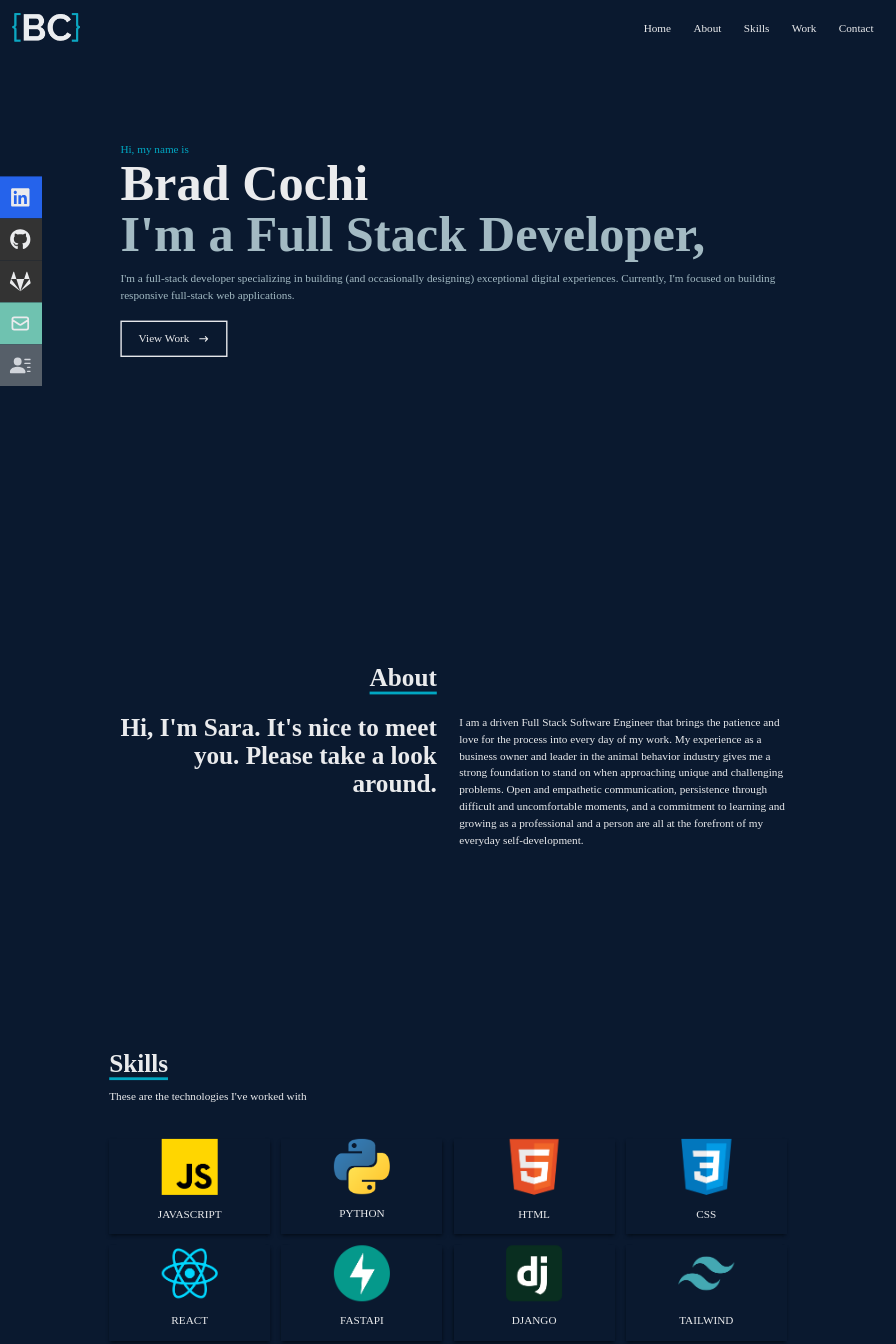
Repository: saramargulies/margulies-portfolio
Page: /
An editor plug-in stored every save of this project. The page is shown before and after a run of saves, followed by the edit.
The browser window is 1280 px wide. The pictures show the part of the page from y = 0 to 1920 px (the page is 3600 px tall), at 70% of full size.
The project was rebuilt for these pictures with package versions that can differ from the ones it lists, and the page was loaded fresh each time.

Above is the page before, as saved 2023-12-05 12:39:32.

### public/index.html
<!DOCTYPE html>
<html lang="en">
  <head>
    <meta charset="utf-8" />
    <link rel="icon" href="%PUBLIC_URL%/favicon.ico" />
    <meta name="viewport" content="width=device-width, initial-scale=1" />
    <meta name="theme-color" content="#000000" />
    <meta
      name="description"
      content="Web site created using create-react-app"
    />
    <link rel="apple-touch-icon" href="%PUBLIC_URL%/logobluemobile.png" />
    <!--
      manifest.json provides metadata used when your web app is installed on a
      user's mobile device or desktop. See https://developers.google.com/web/fundamentals/web-app-manifest/
    -->
    <link rel="manifest" href="%PUBLIC_URL%/manifest.json" />
    <!--
      Notice the use of %PUBLIC_URL% in the tags above.
      It will be replaced with the URL of the `public` folder during the build.
      Only files inside the `public` folder can be referenced from the HTML.

      Unlike "/favicon.ico" or "favicon.ico", "%PUBLIC_URL%/favicon.ico" will
      work correctly both with client-side routing and a non-root public URL.
      Learn how to configure a non-root public URL by running `npm run build`.
    -->
    <title>Brad Cochi</title>
  </head>
  <body>
    <noscript>You need to enable JavaScript to run this app.</noscript>
    <div id="root"></div>
    <!--
      This HTML file is a template.
      If you open it directly in the browser, you will see an empty page.

      You can add webfonts, meta tags, or analytics to this file.
      The build step will place the bundled scripts into the <body> tag.

      To begin the development, run `npm start` or `yarn start`.
      To create a production bundle, use `npm run build` or `yarn build`.
    -->
  </body>
</html>

### src/App.js
import Navbar from "./components/Navbar";
import Home from "./components/Home";
import About from "./components/About";
import Skills from "./components/Skills";
import Work from "./components/Work";
import Contact from "./components/Contact";
import React, { useEffect } from "react";

function App() {
  useEffect(() => {
    document.title = "Brad Cochi";
  }, []);

  return (
    <div>
      <Navbar />
      <Home />
      <About />
      <Skills />
      <Work />
      <Contact />
    </div>
  );
}

export default App;

### src/components/Navbar.jsx
import React, { useState } from "react";
import {
  FaBars,
  FaTimes,
  FaGithub,
  FaGitlab,
  FaLinkedin,
} from "react-icons/fa";
import { HiOutlineMail } from "react-icons/hi";
import { BsFillPersonLinesFill } from "react-icons/bs";
import Logo from "../assets/logo.png";
import { Link } from "react-scroll";

const Navbar = () => {
  const [nav, setNav] = useState(false);
  const handleClick = () => setNav(!nav);

  return (
    <div className="fixed w-full h-[80px] flex justify-between items-center px-4 bg-[#0a192f] text-[#eaebed]">
      <div>
        <img src={Logo} alt="Logo" style={{ width: "100px" }} />
      </div>

      {/* Menu */}
      <ul className="hidden md:flex">
        <li>
          <Link to="home" smooth={true} duration={500}>
            Home
          </Link>
        </li>
        <li>
          <Link to="about" smooth={true} duration={500}>
            About
          </Link>
        </li>
        <li>
          <Link to="skills" smooth={true} duration={500}>
            Skills
          </Link>
        </li>
        <li>
          <Link to="work" smooth={true} duration={500}>
            Work
          </Link>
        </li>
        <li>
          <Link to="contact" smooth={true} duration={500}>
            Contact
          </Link>
        </li>
      </ul>

      {/* Hamburger */}
      <div onClick={handleClick} className="md:hidden z-10">
        {!nav ? <FaBars /> : <FaTimes />}
      </div>

      {/* Mobile menu */}
      <ul
        className={
          !nav
            ? "hidden"
            : "absolute top-0 left-0 w-full h-screen bg-[#0a192f] flex flex-col justify-center items-center"
        }
      >
        <li className="py-4 text-3xl">
          <Link onClick={handleClick} to="home" smooth={true} duration={500}>
            Home
          </Link>
        </li>
        <li className="py-4 text-3xl">
          <Link onClick={handleClick} to="about" smooth={true} duration={500}>
            About
          </Link>
        </li>
        <li className="py-4 text-3xl">
          <Link onClick={handleClick} to="skills" smooth={true} duration={500}>
            Skills
          </Link>
        </li>
        <li className="py-4 text-3xl">
          <Link onClick={handleClick} to="work" smooth={true} duration={500}>
            Work
          </Link>
        </li>
        <li className="py-4 text-3xl">
          <a
            className="flex justify-between items-center w-full text-gray-300"
            href="https://www.linkedin.com/in/brad-cochi/"
            target="_blank"
            rel="noopener noreferrer"
          >
            LinkedIn
          </a>
        </li>
        <li className="py-4 text-3xl">
          <a
            className="flex justify-between items-center w-full text-gray-300"
            href="https://docs.google.com/document/d/1NIh6wLXZUbtdGNBN_J33L0a28H9_5nH7budXHrZ2_Uo/edit"
            target="_blank"
            rel="noopener noreferrer"
          >
            Resume
          </a>
        </li>
        <li className="py-4 text-3xl">
          <a
            className="flex justify-between items-center w-full text-gray-300"
            href="https://github.com/bradcochi"
            target="_blank"
            rel="noopener noreferrer"
          >
            GitHub
          </a>
        </li>
        <li className="py-4 text-3xl">
          <a
            className="flex justify-between items-center w-full text-gray-300"
            href="https://gitlab.com/bradcochi"
            target="_blank"
            rel="noopener noreferrer"
          >
            GitLab
          </a>
        </li>
        <li className="py-4 text-3xl">
          <Link onClick={handleClick} to="contact" smooth={true} duration={500}>
            Contact
          </Link>
        </li>
      </ul>

      {/* Social icons */}
      <div className="hidden lg:flex fixed flex-col top-[35%] left-0">
        <ul>
          <li className="w-[160px] h-[60px] flex justify-between items-center ml-[-100px] hover:ml-[-10px] duration-300 bg-blue-600">
            <a
              className="flex justify-between items-center w-full text-[#eaebed]"
              href="https://www.linkedin.com/in/brad-cochi/"
              target="_blank"
              rel="noopener noreferrer"
            >
              LinkedIn <FaLinkedin size={30} />
            </a>
          </li>
          <li className="w-[160px] h-[60px] flex justify-between items-center ml-[-100px] hover:ml-[-10px] duration-300 bg-[#333333]">
            <a
              className="flex justify-between items-center w-full text-[#eaebed]"
              href="https://github.com/bradcochi"
              target="_blank"
              rel="noopener noreferrer"
            >
              GitHub <FaGithub size={30} />
            </a>
          </li>
          <li className="w-[160px] h-[60px] flex justify-between items-center ml-[-100px] hover:ml-[-10px] duration-300 bg-[#333333]">
            <a
              className="flex justify-between items-center w-full text-[#eaebed]"
              href="https://gitlab.com/bradcochi"
              target="_blank"
              rel="noopener noreferrer"
            >
              GitLab <FaGitlab size={30} />
            </a>
          </li>
          <li className="w-[160px] h-[60px] flex justify-between items-center ml-[-100px] hover:ml-[-10px] duration-300 bg-[#6fc2b0]">
            <Link
              to="contact"
              smooth={true}
              duration={500}
              className="flex justify-between items-center w-full text-[#eaebed]"
            >
              Email <HiOutlineMail size={30} />
            </Link>
          </li>
          <li className="w-[160px] h-[60px] flex justify-between items-center ml-[-100px] hover:ml-[-10px] duration-300 bg-[#565f69]">
            <a
              className="flex justify-between items-center w-full text-gray-300"
              href="https://docs.google.com/document/d/1NIh6wLXZUbtdGNBN_J33L0a28H9_5nH7budXHrZ2_Uo/edit"
              target="_blank"
              rel="noopener noreferrer"
            >
              Resume <BsFillPersonLinesFill size={30} />
            </a>
          </li>
          {/* need to add GitLab */}
        </ul>
      </div>
    </div>
  );
};

export default Navbar;

### src/components/Home.jsx
import React from "react";
import { HiArrowNarrowRight } from "react-icons/hi";
import { Link } from "react-scroll";

const Home = () => {
  return (
    <div name="home" className="w-full h-screen bg-[#0a192f]">
      {/* Container */}
      <div className="max-w-[1000px] mx-auto px-8 flex flex-col justify-center h-full">
        <p className="text-[#01a7c2]">Hi, my name is</p>
        <h1 className="text-4xl sm:text-7xl font-bold text-[#eaebed]">
          Brad Cochi
        </h1>
        <h2 className="text-4xl sm:text-7xl font-bold text-[#a3bac3]">
          I'm a Full Stack Developer,
        </h2>
        {/* Update the description in <p> tag to something personal */}
        <p className="text-[#a3bac3] py-4 max-w-700px">
          I'm a full-stack developer specializing in building (and occasionally
          designing) exceptional digital experiences. Currently, I'm focused on
          building responsive full-stack web applications.
        </p>
        <div>
          <Link to="work" smooth={true} duration={500}>
            <button className="text-[#eaebed] group border-2 px-6 py-3 my-2 flex items-center hover:bg-[#01a7c2] hover:border-[#01a7c2]">
              View Work
              <span className="group-hover:rotate-90 duration-300">
                <HiArrowNarrowRight className="ml-3" />
              </span>
            </button>
          </Link>
        </div>
      </div>
    </div>
  );
};

export default Home;

### src/components/About.jsx
import React from "react";

const About = () => {
  return (
    <div name="about" className="w-full h-screen bg-[#0a192f] text-[#eaebed]">
      <div className="flex flex-col justify-center items-center w-full h-full">
        <div className="max-w-[1000px] w-full grid grid-cols-2 gap-8">
          <div className="sm:text-right pb-8 pl-4">
            <p className="text-4xl font-bold inline border-b-4 border-[#01a7c2]">
              About
            </p>
          </div>
          <div></div>
        </div>
        <div className="max-w-[1000px] w-full grid sm:grid-cols-2 gap-8 px-4">
          <div className="sm:text-right text-4xl font-bold">
            <p>
              Hi, I'm Sara. It's nice to meet you. Please take a look around.
            </p>
          </div>
          <div>
            <p>
              I am a driven Full Stack Software Engineer that brings the
              patience and love for the process into every day of my work.

              My experience as a business owner and leader in the animal behavior
              industry gives me a strong foundation to stand on when approaching
              unique and challenging problems. Open and empathetic
              communication, persistence through difficult and uncomfortable
              moments, and a commitment to learning and growing as a
              professional and a person are all at the forefront of my everyday
              self-development.
            </p>
          </div>
        </div>
      </div>
    </div>
  );
};

export default About;

### src/components/Skills.jsx
import React from "react";
import HTML from "../assets/html.png";
import CSS from "../assets/css.png";
import JavaScript from "../assets/javascript.png";
import Python from "../assets/python.png";
import ReactImg from "../assets/react.png";
import Django from "../assets/django.png";
import FastAPI from "../assets/fastapi.png";
import Tailwind from "../assets/tailwind.png";
import Bootstrap from "../assets/bootstrap.png";
import Mongo from "../assets/mongo.png";
import PostgreSQL from "../assets/postgresql.png";
import Docker from "../assets/docker.png";

const Skills = () => {
  return (
    <div
      name="skills"
      className="w-full min-h-screen flex items-center bg-[#0a192f] text-[#eaebed]"
    >
      {/* container */}
      <div className="max-w-[1000px] mx-auto p-4 flex flex-col justify-center w-full h-full">
        <div>
          <p className="text-4xl font-bold inline border-b-4 border-[#01a7c2]">
            Skills
          </p>
          <p className="py-4">These are the technologies I've worked with</p>
        </div>
        <div className="w-full grid grid-cols-2 sm:grid-cols-4 gap-4 text-center py-8">
          <div className="shadow-md shadow-[#040c16] hover:scale-110 duration-500">
            <img
              className="w-20 mx-auto"
              src={JavaScript}
              alt="JavaScript icon"
            />
            <p className="my-4">JAVASCRIPT</p>
          </div>
          <div className="shadow-md shadow-[#040c16] hover:scale-110 duration-500">
            <img className="w-20 mx-auto" src={Python} alt="Python icon" />
            <p className="my-4">PYTHON</p>
          </div>
          <div className="shadow-md shadow-[#040c16] hover:scale-110 duration-500">
            <img className="w-20 mx-auto" src={HTML} alt="HTML icon" />
            <p className="my-4">HTML</p>
          </div>
          <div className="shadow-md shadow-[#040c16] hover:scale-110 duration-500">
            <img className="w-20 mx-auto" src={CSS} alt="CSS icon" />
            <p className="my-4">CSS</p>
          </div>

          <div className="shadow-md shadow-[#040c16] hover:scale-110 duration-500">
            <img className="w-20 mx-auto" src={ReactImg} alt="React icon" />
            <p className="my-4">REACT</p>
          </div>
          <div className="shadow-md shadow-[#040c16] hover:scale-110 duration-500">
            <img className="w-20 mx-auto" src={FastAPI} alt="FastAPI icon" />
            <p className="my-4">FASTAPI</p>
          </div>
          <div className="shadow-md shadow-[#040c16] hover:scale-110 duration-500">
            <img className="w-20 mx-auto" src={Django} alt="Django icon" />
            <p className="my-4">DJANGO</p>
          </div>
          <div className="shadow-md shadow-[#040c16] hover:scale-110 duration-500">
            <img className="w-20 mx-auto" src={Tailwind} alt="Tailwind icon" />
            <p className="my-4">TAILWIND</p>
          </div>
          <div className="shadow-md shadow-[#040c16] hover:scale-110 duration-500">
            <img
              className="w-20 mx-auto"
              src={Bootstrap}
              alt="Bootstrap icon"
            />
            <p className="my-4">BOOTSTRAP</p>
          </div>
          <div className="shadow-md shadow-[#040c16] hover:scale-110 duration-500">
            <img className="w-20 mx-auto" src={Mongo} alt="Mongo DB icon" />
            <p className="my-4">MONGO DB</p>
          </div>
          <div className="shadow-md shadow-[#040c16] hover:scale-110 duration-500">
            <img
              className="w-20 mx-auto"
              src={PostgreSQL}
              alt="PostgreSQL icon"
            />
            <p className="my-4">POSTGRESQL</p>
          </div>
          <div className="shadow-md shadow-[#040c16] hover:scale-110 duration-500">
            <img className="w-20 mx-auto" src={Docker} alt="Docker icon" />
            <p className="my-4">DOCKER</p>
          </div>
        </div>
      </div>
    </div>
  );
};

export default Skills;

### src/components/Work.jsx
import React from "react";
import NPDBImg from "../assets/projects/NPDBImg.png";

const Work = () => {
  return (
    <div
      name="work"
      className="w-full md:min-h-screen flex items-center text-[#eaebed] bg-[#0a192f]"
    >
      <div className="max-w-[1000px] mx-auto p-4 flex flex-col justify-center w-full h-full">
        <div className="pb-8">
          <p className="text-4xl font-bold online border-b-4 text-[#eaebed] border-[#01a7c2]">
            Work
          </p>
          <p className="py-6">Check out some of my recent work</p>
        </div>

        {/* Container */}
        <div className="grid sm:grid-cols-2 md:grid-cols-3 gap-4">
          {/* Grid Item */}
          <div
            style={{ backgroundImage: `url(${NPDBImg})` }}
            className="shadow-lg shadow-[#040c16] group container rounded-md flex justify-center items-center mx-auto content-div"
          >
            {/* Hover Effects */}
            <div className="opacity-0 group-hover:opacity-100">
              <span className="text-2xl font-bold text-[#eaebed] track-wider">
                React JS Application
              </span>
              <div className="pt-8 text-center">
                <a
                  href="https://saramargs.gitlab.io/npdt/"
                  target="_blank"
                  rel="noopener noreferrer"
                >
                  <button className="text-center rounded-lg px-4 py-3 m-2 bg-[#eaebed] text-gray-700 font-bold text-lg">
                    Demo
                  </button>
                </a>
                <a
                  href="https://gitlab.com/saramargs/npdt"
                  target="_blank"
                  rel="noopener noreferrer"
                >
                  <button className="text-center rounded-lg px-4 py-3 m-2 bg-[#eaebed] text-gray-700 font-bold text-lg">
                    Code
                  </button>
                </a>
              </div>
            </div>
          </div>
        </div>
      </div>
    </div>
  );
};

export default Work;

### src/components/Contact.jsx
import React from "react";

const Contact = () => {
  return (
    <div
      name="contact"
      className="w-full min-h-screen bg-[#0a192f] flex justify-center items-center"
    >
      <form
        method="POST"
        action="https://getform.io/f/15822fa6-c7ff-455a-a9fe-c3d2c82dc92a"
        className="flex flex-col max-w-[600px] w-full p-4"
      >
        <div className="pb-8">
          <p className="text-4xl font-bold inline border-b-4 border-[#01a7c2] text-[#eaebed]">
            Contact
          </p>
          <p className="text-[#eaebed] py-4">
            Submit the form below or shoot me an email at bradcochi@gmail.com
          </p>
        </div>
        <input
          className="p-2 bg-[#ccd6f6]"
          type="text"
          placeholder="Name"
          name="name"
        />
        <input
          className="my-4 p-2 bg-[#ccd6f6]"
          type="email"
          placeholder="Email"
          name="email"
        />
        <textarea
          className="p-2 bg-[#ccd6f6]"
          name="message"
          rows="10"
          placeholder="Message"
        />
        <button className="text-[#eaebed] border-2 px-4 py-3 my-8 mx-auto flex items-center hover:bg-[#01a7c2] hover:border-[#01a7c2]">
          Let's Collaborate
        </button>
      </form>
    </div>
  );
};

export default Contact;

Loaded but not shown: src/index.js (common file); src/index.css (common file); tailwind.config.js (common file)

After the next 2 saves:
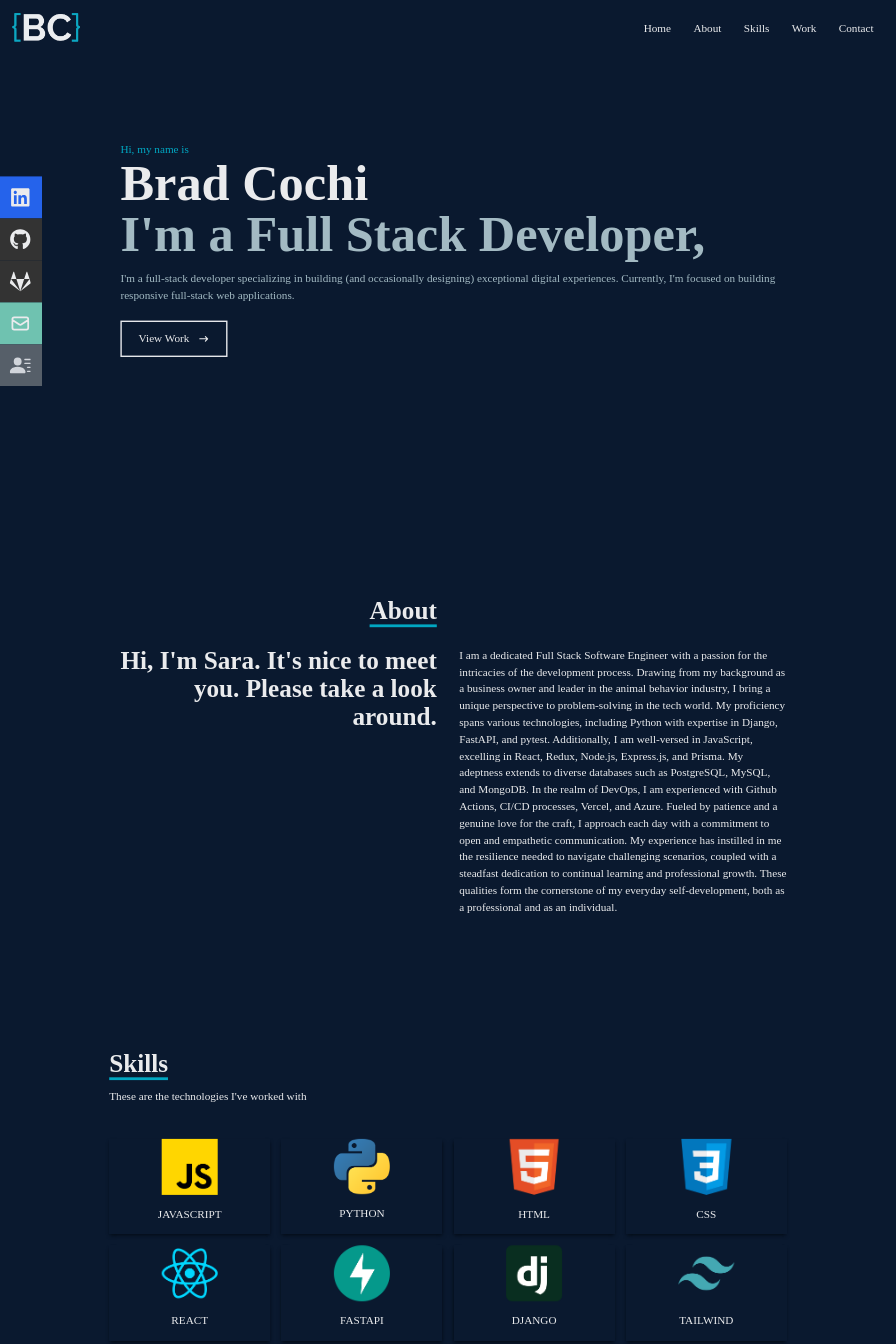
The 2 saves are shown as one change because they came seconds apart.
The last was saved 4 min 48 s later.
--- a/src/components/About.jsx
+++ b/src/components/About.jsx
@@ -20,16 +20,23 @@ const About = () => {
           </div>
           <div>
             <p>
-              I am a driven Full Stack Software Engineer that brings the
-              patience and love for the process into every day of my work.
-
-              My experience as a business owner and leader in the animal behavior
-              industry gives me a strong foundation to stand on when approaching
-              unique and challenging problems. Open and empathetic
-              communication, persistence through difficult and uncomfortable
-              moments, and a commitment to learning and growing as a
-              professional and a person are all at the forefront of my everyday
-              self-development.
+              I am a dedicated Full Stack Software Engineer with a passion for
+              the intricacies of the development process. Drawing from my
+              background as a business owner and leader in the animal behavior
+              industry, I bring a unique perspective to problem-solving in the
+              tech world. My proficiency spans various technologies, including
+              Python with expertise in Django, FastAPI, and pytest.
+              Additionally, I am well-versed in JavaScript, excelling in React,
+              Redux, Node.js, Express.js, and Prisma. My adeptness extends to
+              diverse databases such as PostgreSQL, MySQL, and MongoDB. In the
+              realm of DevOps, I am experienced with Github Actions, CI/CD
+              processes, Vercel, and Azure. Fueled by patience and a genuine
+              love for the craft, I approach each day with a commitment to open
+              and empathetic communication. My experience has instilled in me
+              the resilience needed to navigate challenging scenarios, coupled
+              with a steadfast dedication to continual learning and professional
+              growth. These qualities form the cornerstone of my everyday
+              self-development, both as a professional and as an individual.
             </p>
           </div>
         </div>
